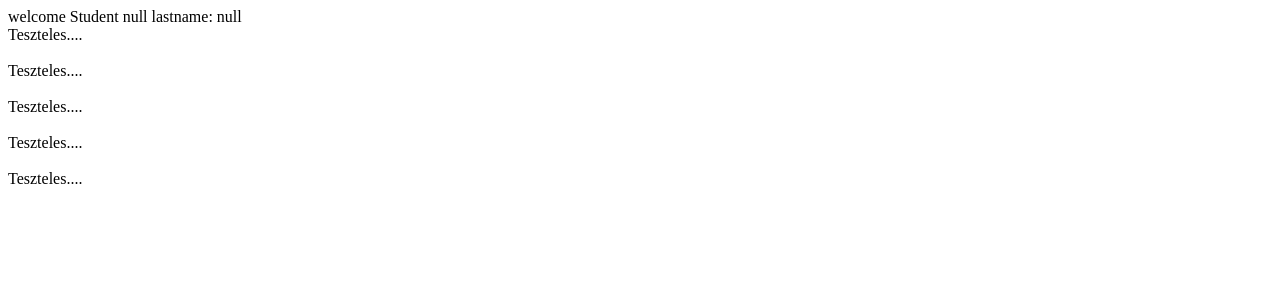
Repository: Gyepike/JSP
Page: http://localhost/JSPDemo/homepage.jsp
An editor plug-in stored every save of this project. The page is shown before and after the next save, followed by the edit.
The browser window is 1280 px wide. The pictures show the whole page.
The page is served by Tomcat 9.

Above is the page before, as saved 2020-10-29 21:20:33.

After the next save:
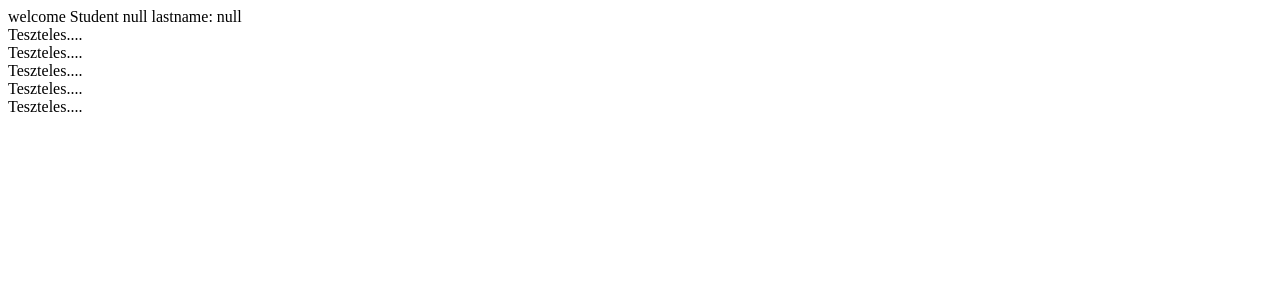
Saved 22 s later.
--- a/JSPDemo/WebContent/homepage.jsp
+++ b/JSPDemo/WebContent/homepage.jsp
@@ -8,11 +8,11 @@
 </head>
 <body>
      <jsp:include page="my-header.html"></jsp:include>
-     Teszteles.... </br> </br>
-     Teszteles.... </br> </br>
-     Teszteles.... </br> </br>
-     Teszteles.... </br> </br>
-     Teszteles.... </br> </br>
+     Teszteles.... </br>
+     Teszteles.... </br>
+     Teszteles.... </br>
+     Teszteles.... </br>
+     Teszteles.... </br>
 
 </body>
 </html>
